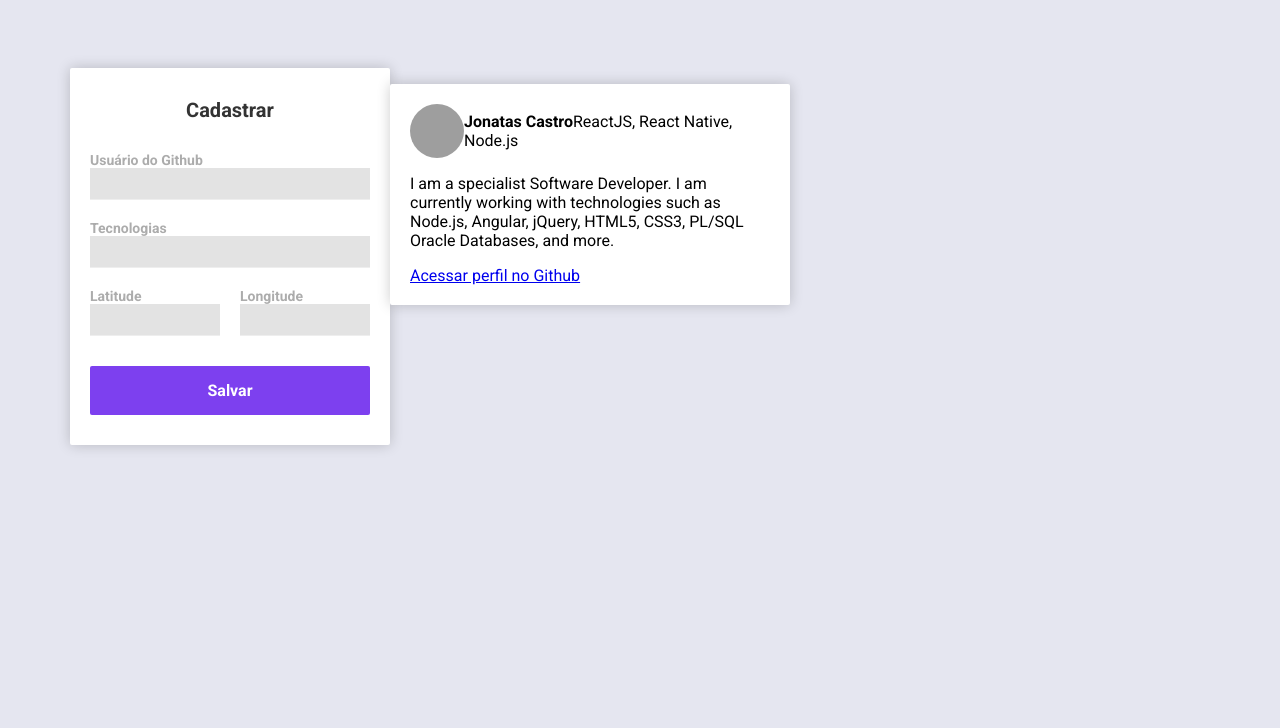
Repository: Jonatas-Castro/react_frontend
Page: /
An editor plug-in stored every save of this project. The page is shown before and after the next save, followed by the edit.
The browser window is 1280 px wide. The pictures show the whole page.
Pictures or frames that could not be fetched are drawn as grey boxes. The project was rebuilt for these pictures with package versions that can differ from the ones it lists, and the page was loaded fresh each time.

Above is the page before, as saved 2020-01-16 15:56:50.

### src/App.js
import React from 'react';
import './global.css';
import './App.css';
import './Sidebar.css';
import './Main.css';

// Componente: Bloco isolado de HTML, CSS OU JS, o quel não interfere no restante da aplicação.
// Propriedade: Informações que um componente PAI passa para um componente FILHO
// estado: Informações mantidas pelo componente (Lembrar : Imutabilidade)


function App() {

  return (
    <div id="app">
      <aside>
        <strong>Cadastrar</strong>
        <form action="">

          <div class="input-block">
            <label htmlFor="github_username">Usuário do Github</label>
            <input type="text" name="github_username" id="github_username" required />
          </div>

          <div class="input-block">
            <label htmlFor="techs">Tecnologias</label>
            <input type="text" name="techs" id="techs" required />
          </div>

          <div className="input-group">
            <div class="input-block">
              <label htmlFor="latitude">Latitude</label>
              <input type="text" name="latitude" id="latitude" required />
            </div>
            <div class="input-block">
            <label htmlFor="longitude">Longitude</label>
            <input type="text" name="longitude" id="longitude" required />
          </div>
          </div>
          <button type="submit">Salvar</button>
        </form>
      </aside>

      <main>
        <ul>
          <li className="dev-item">
            <header>
              <img src="https://avatars0.githubusercontent.com/u/55396593?s=460&v=4" alt="Jonatas-Castro"/>
              <div className="user-info">
                <strong>Jonatas Castro</strong>
                <span>ReactJS, React Native, Node.js</span>
              </div>
            </header>
            <p>
            I am a specialist Software Developer. I am currently working with technologies such as Node.js, Angular, jQuery, HTML5, CSS3, PL/SQL Oracle Databases, and more.
            </p>
            <a href="https://github.com/Jonatas-Castro">Acessar perfil no Github</a>
          </li>
        </ul>
      </main>
    </div>
   );
}

export default App;

### src/global.css
@import url('https://fonts.googleapis.com/css?family=Roboto:400,700&display=swap');
*{
    border:0;
    padding: 0;
    outline: 0;
    box-sizing: border-box;
}
html,body,#root{
    height: 100%;
}
body{
    background: #e5e6f0;
    -webkit-font-smoothing: antialiased;
}

body, input, button{
    font-family: roboto, sans-serif;
}

### src/App.css
#app{
    max-width: 1200px;
    margin: 0 auto;
    padding:60px 30px;
    display: flex;
    flex-direction: row;
    align-items: flex-start;
}

### src/Sidebar.css
aside{
    width: 320px;
    background: #fff;
    box-shadow:0 0 14px 0 rgba(0, 0, 0, 0.2);
    border-radius: 2px;
    padding: 30px 20px;
}
aside strong{
    font-size: 20px;
    text-align: center;
    display: block;
    color: #333;
}
aside form{
    margin-top: 30px;

}
aside form .input-block +.input-block{
    margin-top: 20px;
}

aside form .input-group{
    margin-top: 20px;
    display: grid;
    gap: 20px;
    grid-template-columns: 1fr 1fr;
}

aside form .input-group .input-block{
    margin-top: 0px;
}

aside form .input-block label{
    color:#acacac;
    font-size: 14px;
    font-weight: bold;
    display: block;
}
aside form .input-block input{
    width: 100px;
    height: 32px;
    font-size: 14px;
    color: #777;
    border: 0;
    border-bottom: 1px solid #eee;
    background: #e3e3e3;
    width: 100%;
}
aside form button[type=submit]{
    width: 100%;
    border:0;
    margin-top: 30px;
    background: #7d40ef;
    border-radius: 2px;
    padding: 15px 20px;
    font-size: 16px;
    font-weight: bold;
    color: #fff;
    cursor: pointer;
    transition: background 0.5s;

}
aside form button[type=submit]:hover{
    background: #6931ca;
}

### src/Main.css
main{
    flex: 1;

}
main ul{
    display: grid;
    grid-template-columns: repeat(2, 1fr);
    gap: 20px;
    list-style: none;
}

li.dev-item{
    background: #fff;
    box-shadow:0 0 14px 0 rgba(0, 0, 0, 0.2);
    border-radius: 2px;
    padding: 20px;
}
li.dev-item header{
    display: flex;
    flex-direction: row;
    align-items: center;

}

li.dev-item img{
    width: 54px;
    height: 54px;
    border-radius: 50%;
}

Loaded but not shown: public/index.html (common file); src/index.js (common file)

After the next save:
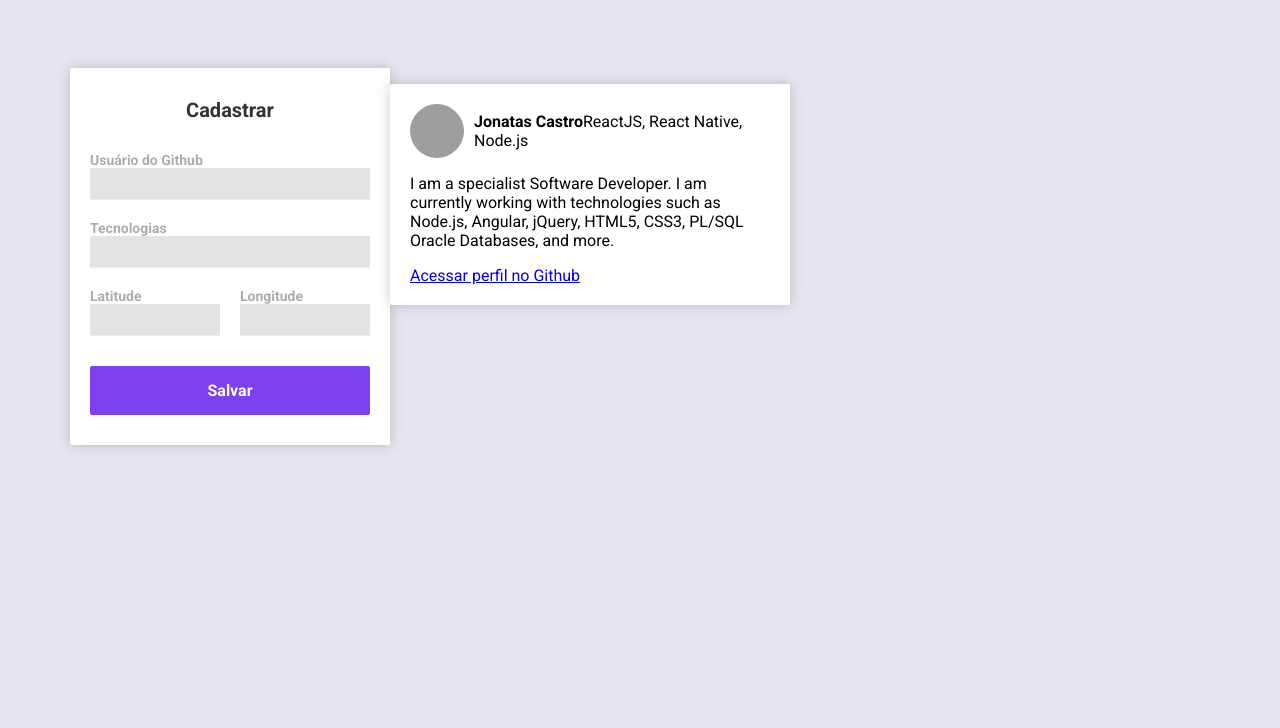
Saved 67 s later.
--- a/src/Main.css
+++ b/src/Main.css
@@ -22,8 +22,13 @@ li.dev-item header{
 
 }
 
-li.dev-item img{
+li.dev-item header img{
     width: 54px;
     height: 54px;
     border-radius: 50%;
 }
+
+li.dev-item header .user-info{
+
+    margin-left: 10px;
+}
